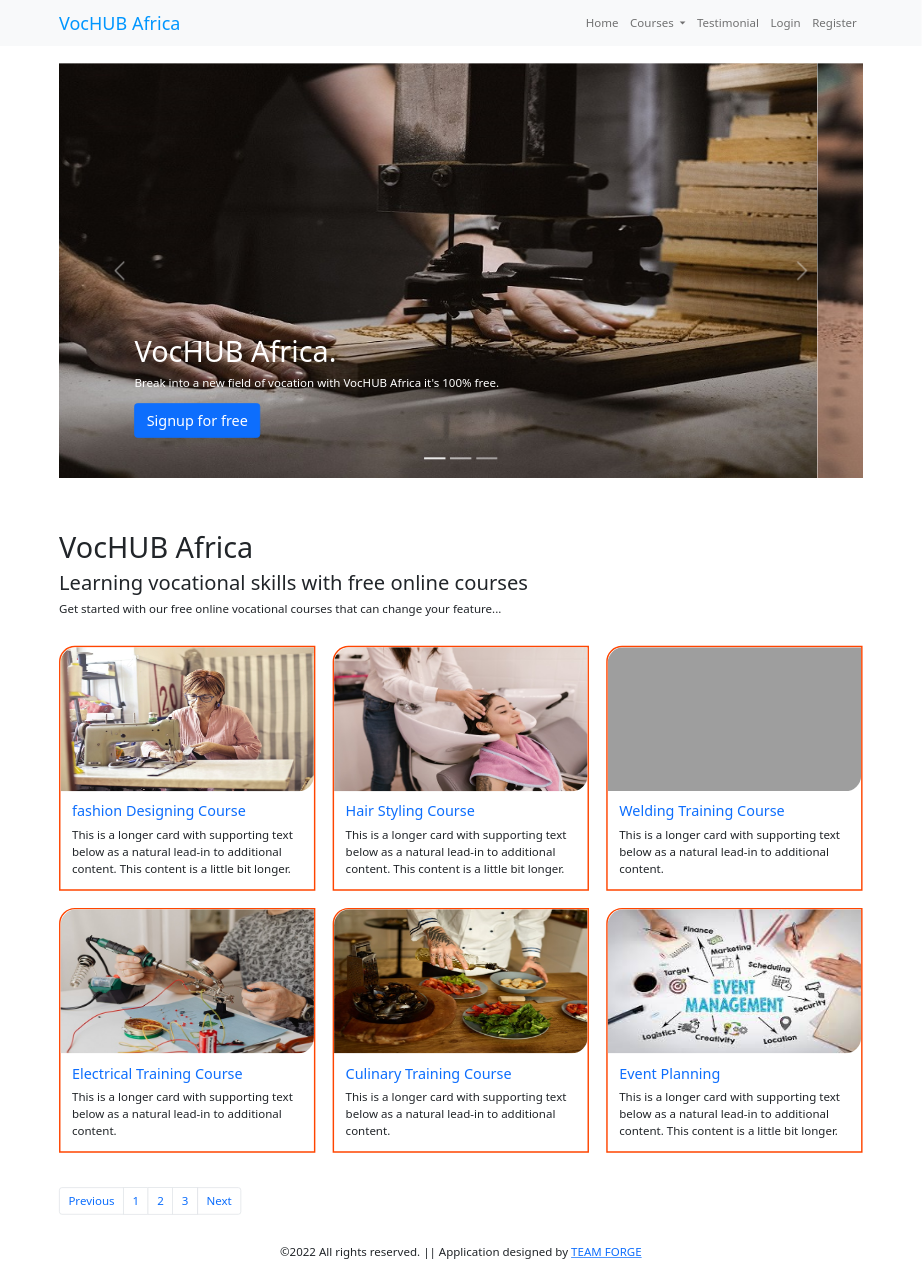
Repository: EKem01/VocHUB-Africa-Project
Page: / (app in client/)
An editor plug-in stored every save of this project. The page is shown before and after the next save, followed by the edit.
The browser window is 1280 px wide. The pictures show the whole page, at 72% of full size.
Pictures or frames that could not be fetched are drawn as grey boxes. The project was rebuilt for these pictures with package versions that can differ from the ones it lists, and the page was loaded fresh each time. Also part of the build but not shown: client/angular.json, client/src/app/components/login/login.component.ts, client/src/app/components/register/register.component.ts, client/src/app/components/courses/fashion-designing/fashion-designing.component.ts, client/src/app/components/courses/hair-styling/hair-styling.component.ts, client/src/app/components/dashboard/dashboard.component.ts, client/src/app/components/logout/logout.component.ts, client/src/app/components/mentorship/mentorship.component.ts.

Above is the page before, as saved 2022-06-13 23:12:31.

### client/src/index.html
<!doctype html>
<html lang="en">
<head>
  <meta charset="utf-8">
  <title>Vochub-Africa</title>
  <base href="/">
  <link href="https://cdn.jsdelivr.net/npm/bootstrap@5.0.2/dist/css/bootstrap.min.css" rel="stylesheet" integrity="sha384-EVSTQN3/azprG1Anm3QDgpJLIm9Nao0Yz1ztcQTwFspd3yD65VohhpuuCOmLASjC" crossorigin="anonymous">
  <meta name="viewport" content="width=device-width, initial-scale=1">
  <link rel="icon" type="image/x-icon" href="favicon.ico">
</head>
<body>
  <app-root></app-root>
  <script src="https://code.jquery.com/jquery-3.6.0.js" integrity="sha256-H+K7U5CnXl1h5ywQfKtSj8PCmoN9aaq30gDh27Xc0jk=" crossorigin="anonymous"></script>
  <script src="https://cdn.jsdelivr.net/npm/bootstrap@5.0.2/dist/js/bootstrap.bundle.min.js" integrity="sha384-MrcW6ZMFYlzcLA8Nl+NtUVF0sA7MsXsP1UyJoMp4YLEuNSfAP+JcXn/tWtIaxVXM" crossorigin="anonymous"></script>
</body>
</html>

### client/src/app/app.module.ts
import { NgModule } from '@angular/core';
import { FormsModule } from '@angular/forms';
import { BrowserModule } from '@angular/platform-browser';
import { AppRoutingModule } from './app-routing.module';
import { AppComponent } from './app.component';
import { NavbarComponent } from './components/navbar/navbar.component';
import { HomeComponent } from './components/home/home.component';
import { LoginComponent } from './components/login/login.component';
import { RegisterComponent } from './components/register/register.component';
import { NgbModule } from '@ng-bootstrap/ng-bootstrap';
import { HttpClientModule } from '@angular/common/http';
import { FashionDesigningComponent } from './components/courses/fashion-designing/fashion-designing.component';
import { HairStylingComponent } from './components/courses/hair-styling/hair-styling.component';
import { DashboardComponent } from './components/dashboard/dashboard.component';
import { LogoutComponent } from './components/logout/logout.component';
import { MentorshipComponent } from './components/mentorship/mentorship.component';

@NgModule({
  declarations: [
    AppComponent,
    NavbarComponent,
    HomeComponent,
    LoginComponent,
    LogoutComponent,
    RegisterComponent,
    FashionDesigningComponent,
    HairStylingComponent,
    DashboardComponent,
    LogoutComponent,
    MentorshipComponent
  ],
  imports: [
    BrowserModule,
    AppRoutingModule,
    FormsModule,
    NgbModule,
    HttpClientModule
  ],
  providers: [],
  bootstrap: [AppComponent]
})
export class AppModule { }

### client/src/app/app-routing.module.ts
import { RouterModule, Routes } from '@angular/router';
import { NgModule } from '@angular/core';
import { HomeComponent } from './components/home/home.component';
import { LoginComponent } from './components/login/login.component';
import { RegisterComponent } from './components/register/register.component';
import { FashionDesigningComponent } from './components/courses/fashion-designing/fashion-designing.component';
import { HairStylingComponent } from './components/courses/hair-styling/hair-styling.component';
import { DashboardComponent } from './components/dashboard/dashboard.component';




const appRoutes: Routes = [
    { path: '', component: HomeComponent},
    { path: 'register', component: RegisterComponent},
    { path: 'login', component: LoginComponent},
    { path: 'hair', component: HairStylingComponent},
    { path: 'fashion', component: FashionDesigningComponent},
    { path: 'dashboard', component: DashboardComponent}
    //{ path: '', redirectTo: '/home', pathMatch: 'full' },
    //{ path: '**', component: NotFoundComponent }
  ]

@NgModule({
    declarations: [],
    imports: [RouterModule.forRoot(appRoutes)],
    providers: [],
    bootstrap: [],
    exports: [RouterModule]
  })
  export class AppRoutingModule { }

### client/src/app/app.component.ts
import { Component } from '@angular/core';

@Component({
  selector: 'app-root',
  templateUrl: './app.component.html',
  styleUrls: ['./app.component.css']
})
export class AppComponent {
  title = 'vochub-elearning';
}

### client/src/app/components/navbar/navbar.component.html
<nav class="navbar navbar-expand-lg navbar-light bg-light mb-4">
    <div class="container">
        <a class="navbar-brand" routerLink="/">VocHUB Africa</a>
        <button class="navbar-toggler" type="button" data-bs-toggle="collapse" data-bs-target="#navbarSupportedContent"
            aria-controls="navbarSupportedContent" aria-expanded="false" aria-label="Toggle navigation">
            <span class="navbar-toggler-icon"></span>
        </button>
        <div class="collapse navbar-collapse" id="navbarSupportedContent">
            <ul class="navbar-nav me-auto mb-2 mb-lg-0"> </ul>
            <ul class="nav navbar-nav navbar-right">
              <li><a class="nav-link" aria-current="page" routerLink="/">Home</a></li>
              <li class="nav-item dropdown">
                  <a class="nav-link dropdown-toggle" href="#" id="navbarDropdown" role="button" data-bs-toggle="dropdown" aria-expanded="false">
                    Courses
                  </a>
                  <ul class="dropdown-menu" aria-labelledby="navbarDropdown">
                    <li><a class="dropdown-item" routerLink="/course">Arts and craft</a></li>
                    <li><a class="dropdown-item" routerLink="/course">Electrician</a></li>
                    <li><a class="dropdown-item" routerLink="course">Welding</a></li>
                    <li><a class="dropdown-item" routerLink="/fashion">Fashion Designing</a></li>
                    <li><a class="dropdown-item" routerLink="/course">Graphic Designing</a></li>
                    <li><a class="dropdown-item" routerLink="/course">Culinary Arts</a></li>
                    <li><a class="dropdown-item" routerLink="/course">Event planning</a></li>
                    <li><a class="dropdown-item" routerLink="/hair">Hair Styling</a></li>
                  </ul>
                </li>
                <li><a class="nav-link" routerLink="/testimonial">Testimonial</a></li>
                <li><a class="nav-link" routerLink="/login">Login</a></li>
                <li><a class="nav-link" routerLink="/register">Register</a></li>
            </ul>
        </div>
    </div>
  </nav>

  <div class="container">
    <router-outlet></router-outlet>
  </div>
  <br>

  <footer class="text-center">
    <div class="container">
      <p>&copy;2022 All rights reserved. || Application designed by <a href="#">TEAM FORGE</a></p>
    </div>
  </footer>

### client/src/app/components/navbar/navbar.component.css
button{
    border-radius: 10px;
}
.navbar-brand{
    color: #0096FF;
    font-size: 25px;
}

### client/src/app/components/home/home.component.html
<div id="myCarousel" class="carousel slide" data-bs-ride="carousel">
  <div class="carousel-indicators">
    <button type="button" data-bs-target="#myCarousel" data-bs-slide-to="0" class="active" aria-current="true"
      aria-label="Slide 1"></button>
    <button type="button" data-bs-target="#myCarousel" data-bs-slide-to="1" aria-label="Slide 2"></button>
    <button type="button" data-bs-target="#myCarousel" data-bs-slide-to="2" aria-label="Slide 3"></button>
  </div>
  <div class="carousel-inner">
    <div class="carousel-item active">
      <img src="assets/img/shevet.jpg" class="d-block w-100" alt="...">

      <div class="container">
        <div class="carousel-caption text-start">
          <h1>VocHUB Africa.</h1>
          <p>Break into a new field of vocation with VocHUB Africa it's 100% free.</p>
          <p><a class="btn btn-lg btn-primary" routerLink="/register">Signup for free</a></p>
        </div>
      </div>
    </div>
    <div class="carousel-item">
      <img src="assets/img/cley.jpg" class="d-block w-100" alt="...">

      <div class="container">
        <div class="carousel-caption text-start">
          <h1>Learn without limits.</h1>
          <p>Start your vocational career with more than 1,000 courses with VocHUB Africa.</p>
          <p><a class="btn btn-lg btn-primary" routerLink="/register">Learn more...</a></p>
        </div>
      </div>
    </div>
    <div class="carousel-item">
      <img src="assets/img/T1.jpg" class="d-block w-100" alt="...">

      <div class="container">
        <div class="carousel-caption text-start">
          <h1>Start leraning for free.</h1>
          <p>Free vocational online courses with VocHUB Africa.</p>
          <p><a class="btn btn-lg btn-primary" routerLink="/register">Courses</a></p>
        </div>
      </div>
    </div>
  </div>
  <button class="carousel-control-prev" type="button" data-bs-target="#myCarousel" data-bs-slide="prev">
    <span class="carousel-control-prev-icon" aria-hidden="true"></span>
    <span class="visually-hidden">Previous</span>
  </button>
  <button class="carousel-control-next" type="button" data-bs-target="#myCarousel" data-bs-slide="next">
    <span class="carousel-control-next-icon" aria-hidden="true"></span>
    <span class="visually-hidden">Next</span>
  </button>
</div>
<br>
<br>
<br>


<section class="courses">
  <h1>VocHUB Africa</h1>
  <h3>Learning vocational skills with free online courses</h3>
  <p>Get started with our free online vocational courses that can change your feature...</p><br>
  <div class="row row-cols-1 row-cols-md-3 g-4">
    <div class="col">
      <div class="card">
        <a routerLink="/fashion">
          <img src="assets/img/T2.jpg" class="card-img-top" alt="...">
        </a>
        <div class="card-body">
          <div class="course">
            <h5><a routerLink="/fashion">fashion Designing Course</a></h5>
          </div>
          <p class="card-text">This is a longer card with supporting text below as a natural lead-in to additional
            content. This content is a little bit longer.</p>
        </div>
      </div>
    </div>

    <div class="col">
      <div class="card">
        <a routerLink="/hair">
          <img src="assets/img/hair.jpg" class="card-img-top" alt="...">
        </a>
        <div class="card-body">
          <div class="course">
            <h5><a routerLink="/hair">Hair Styling Course</a></h5>
          </div>
          <p class="card-text">This is a longer card with supporting text below as a natural lead-in to additional
            content. This content is a little bit longer.</p>
        </div>
      </div>
    </div>
    <div class="col">
      <div class="card">
        <img src="assets/img/welding.jpg" class="card-img-top" alt="...">
        <div class="card-body">
          <div class="course">
            <h5><a routerLink="#">Welding Training Course</a></h5>
          </div>
          <p class="card-text">This is a longer card with supporting text below as a natural lead-in to additional
            content.</p>
        </div>
      </div>
    </div>
    <div class="col">
      <div class="card">
        <img src="assets/img/electric.jpg" class="card-img-top" alt="...">
        <div class="card-body">
          <div class="course">
            <h5><a routerLink="#">Electrical Training Course</a></h5>
          </div>
          <p class="card-text">This is a longer card with supporting text below as a natural lead-in to additional
            content.</p>
        </div>
      </div>
    </div>
    <div class="col">
      <div class="card">
        <img src="assets/img/culinary.jpg" class="card-img-top" alt="...">
        <div class="card-body">
          <div class="course">
            <h5><a routerLink="#">Culinary Training Course</a></h5>
          </div>
          <p class="card-text">This is a longer card with supporting text below as a natural lead-in to additional
            content.</p>
        </div>
      </div>
    </div>
    <div class="col">
      <div class="card">
        <img src="assets/img/event.jpg" class="card-img-top" alt="...">
        <div class="card-body">
          <div class="course">
            <h5><a routerLink="/fashion">Event Planning</a></h5>
          </div>
          <p class="card-text">This is a longer card with supporting text below as a natural lead-in to additional
            content.
            This content is a little bit longer.</p>
        </div>
      </div>
    </div>
  </div>
</section>
<br>
<br>

<section class="pagination">
  <nav aria-label="Page navigation example">
    <ul class="pagination">
      <li class="page-item"><a class="page-link" href="#">Previous</a></li>
      <li class="page-item"><a class="page-link" href="#">1</a></li>
      <li class="page-item"><a class="page-link" href="#">2</a></li>
      <li class="page-item"><a class="page-link" href="#">3</a></li>
      <li class="page-item"><a class="page-link" href="#">Next</a></li>
    </ul>
  </nav>
</section>

### client/src/app/components/home/home.component.css
img{
    width: 100%;
    height: 80vh;
}
.card{
    border-radius: 22px 0px 0 0;
    border: 2px solid orangered;
}
.card img{
    height: 200px;
    border-radius: 22px 0px;
}
.course a{
    text-decoration: none;
}

Loaded but not shown: client/src/styles.css (common file); client/src/main.ts (common file); client/src/environments/environment.ts (common file); client/src/app/components/navbar/navbar.component.ts (common file); client/src/app/components/home/home.component.ts (common file); client/src/app/app.component.html (common file); client/src/app/app.component.css (no stored copy; drawn as an empty file)

After the next save:
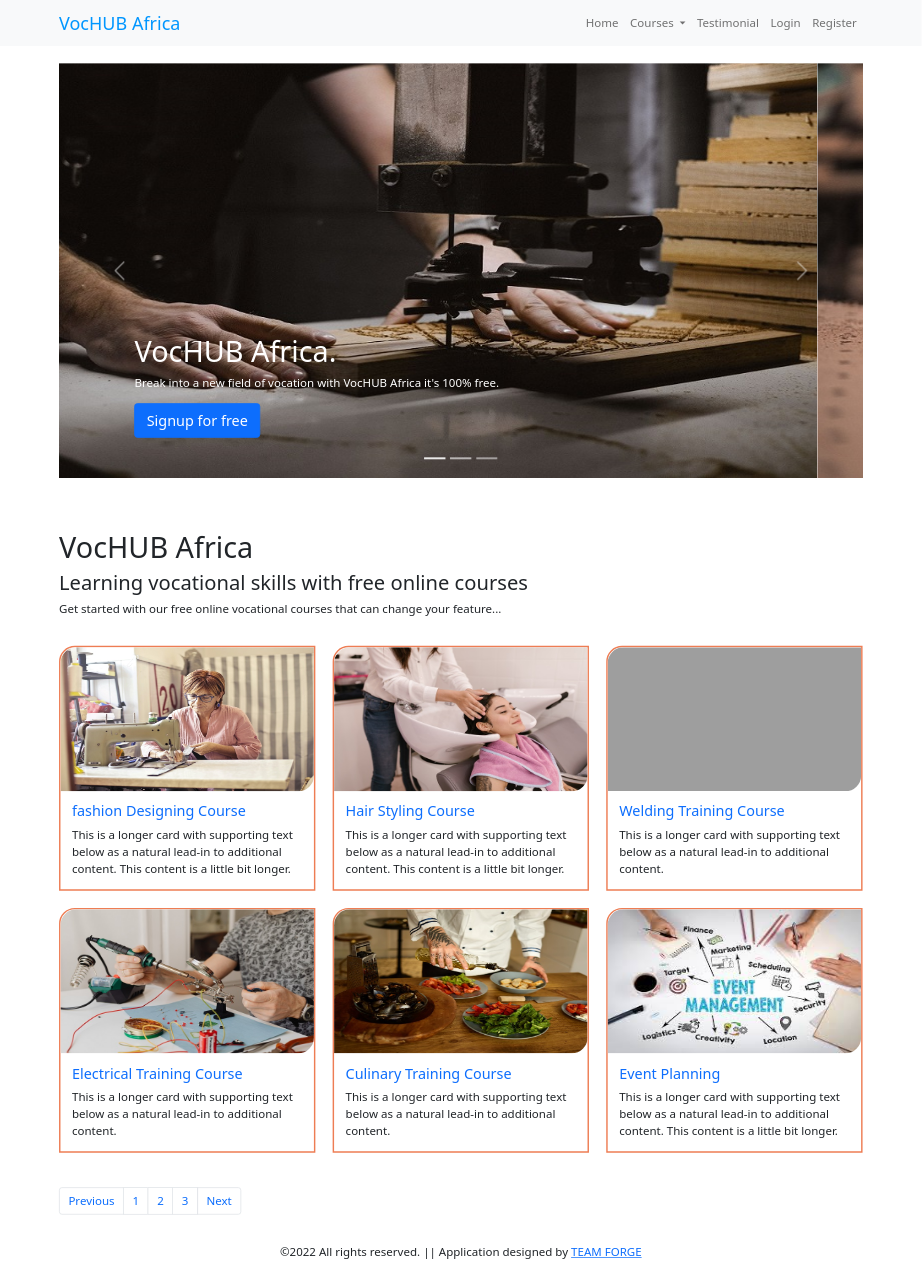
Saved 16 s later.
--- a/client/src/app/components/home/home.component.css
+++ b/client/src/app/components/home/home.component.css
@@ -4,7 +4,7 @@ img{
 }
 .card{
     border-radius: 22px 0px 0 0;
-    border: 2px solid orangered;
+    border: 2px solid rgb(238, 125, 84);
 }
 .card img{
     height: 200px;
